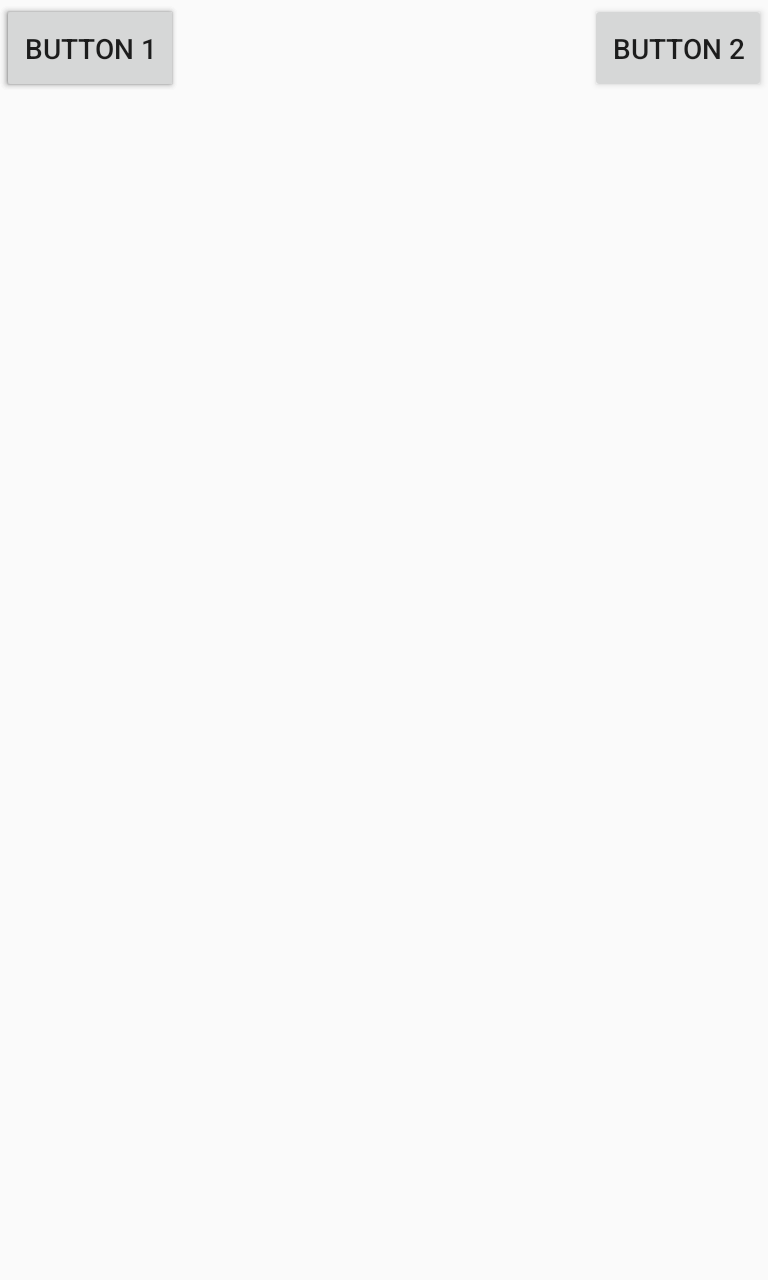
Repository: guyuzhilian/Programs
Layout: Android/UILayoutTest/res/layout/activity_main.xml
The author's editor kept a copy of each file at every save. The layout is drawn from the files as they stood at one save, then again after the next save.
It is drawn on a 768 x 1280 px phone screen (xhdpi) without system bars, with theme AppTheme; the app's code is not run.

Above is the layout before, as saved 2015-06-25 08:35:59.

After the next save:
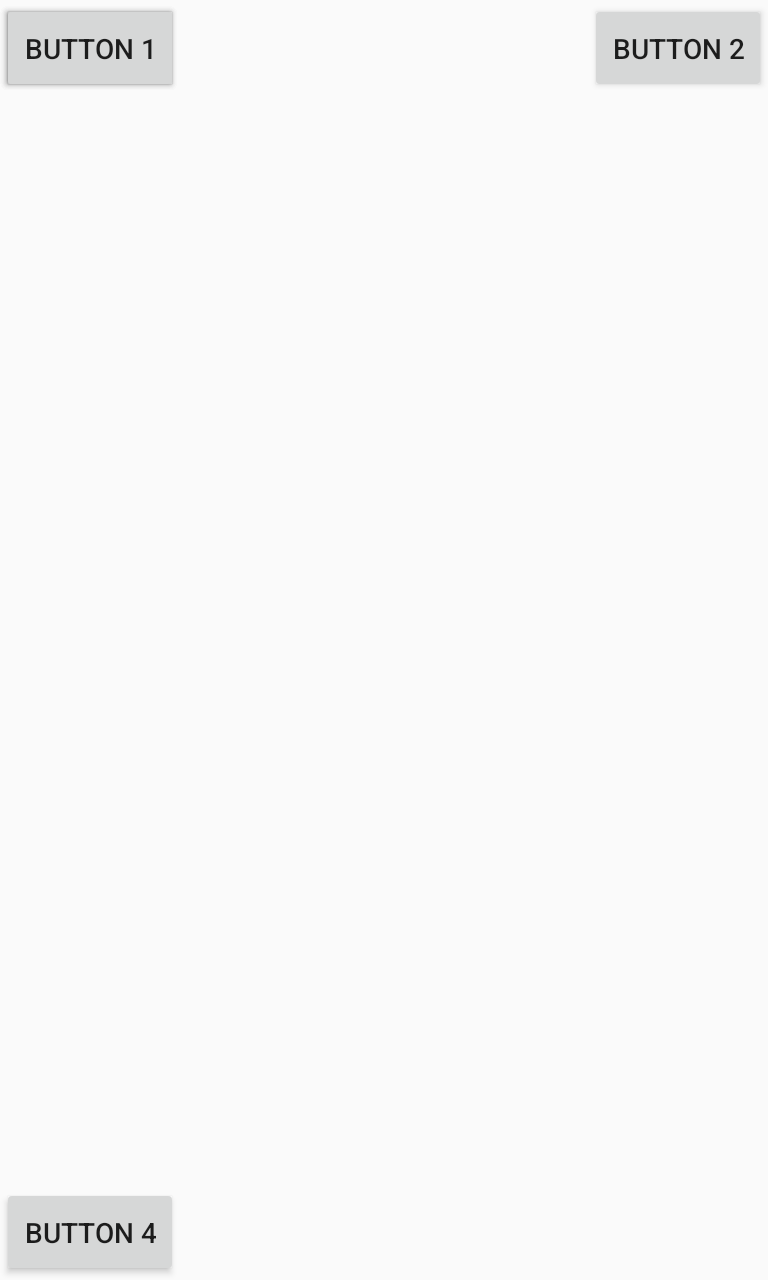
Saved 12 s later.
--- a/Android/UILayoutTest/res/layout/activity_main.xml
+++ b/Android/UILayoutTest/res/layout/activity_main.xml
@@ -30,6 +30,14 @@
 	    android:layout_width="wrap_content"
 	    android:layout_height="wrap_content"
 	    android:layout_alignParentLeft="true"
+	    android:layout_alignParentBottom="true"
+	    android:text="Button 4" />
+
+	<Button
+	    android:id="@+id/button1"
+	    android:layout_width="wrap_content"
+	    android:layout_height="wrap_content"
+	    android:layout_alignParentLeft="true"
 	    android:layout_alignParentTop="true"
 	    android:text="Button 1" />
 </RelativeLayout>
